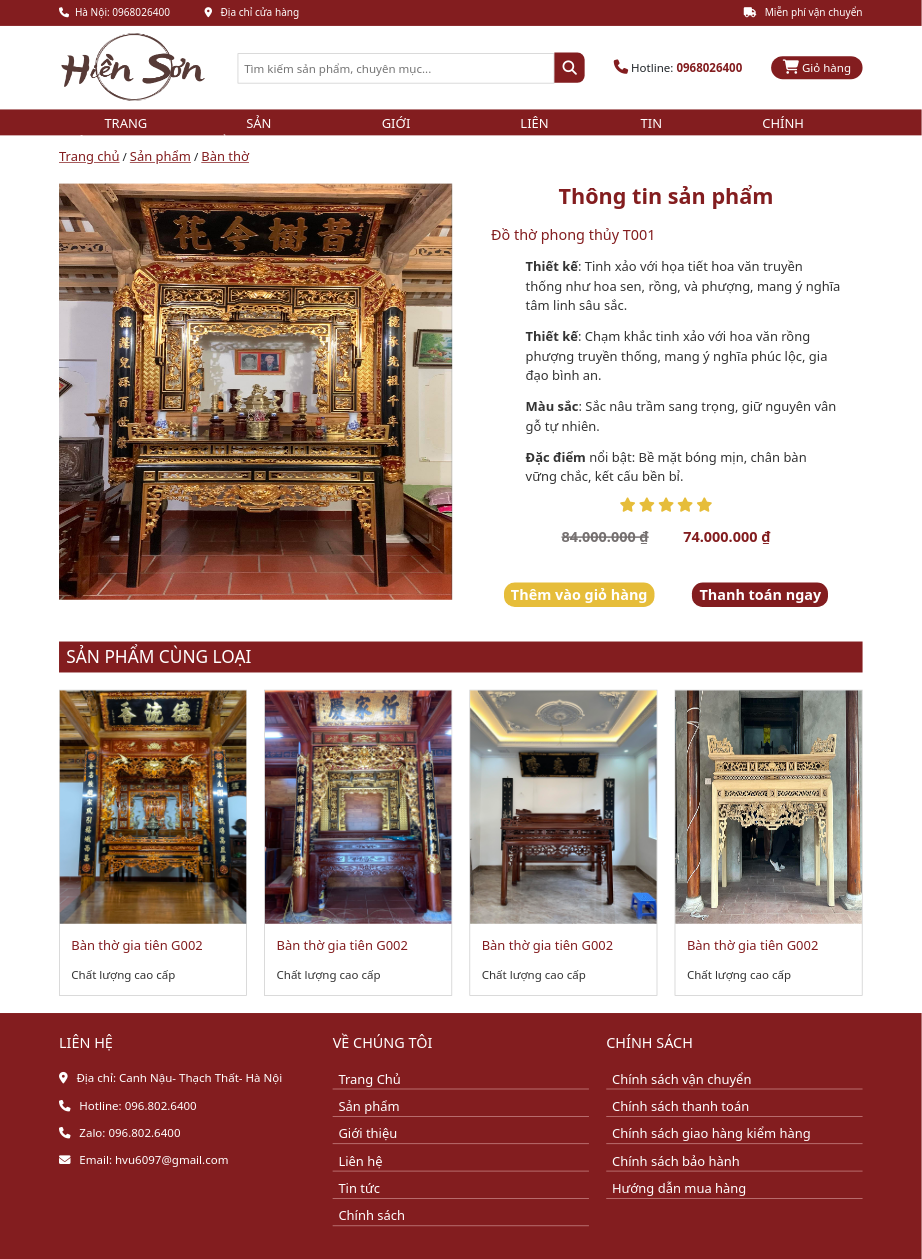
Repository: hoang28092000/do_go_hien_son
Page: product_details/do_tho-t001.html
These files come from the project's save history. The page is drawn as it stood at one moment and after the next save; the edit follows.
The browser window is 1280 px wide. The pictures show the whole page, at 72% of full size.
Some web libraries are served in a nearby version.

Above is the page before, as saved 2024-08-10 22:26:32.

### product_details/do_tho-t001.html
<!DOCTYPE html>
<html lang="en">
<head>
    <meta charset="UTF-8">
    <meta name="viewport" content="width=device-width, initial-scale=1.0">
    <link rel="stylesheet" href="../asset/style.css">
    <link rel="stylesheet" href="https://cdnjs.cloudflare.com/ajax/libs/font-awesome/6.6.0/css/all.min.css" integrity="sha512-Kc323vGBEqzTmouAECnVceyQqyqdsSiqLQISBL29aUW4U/M7pSPA/gEUZQqv1cwx4OnYxTxve5UMg5GT6L4JJg==" crossorigin="anonymous" referrerpolicy="no-referrer" />
    <link href="https://cdn.jsdelivr.net/npm/bootstrap@5.3.3/dist/css/bootstrap.min.css" rel="stylesheet" integrity="sha384-QWTKZyjpPEjISv5WaRU9OFeRpok6YctnYmDr5pNlyT2bRjXh0JMhjY6hW+ALEwIH" crossorigin="anonymous">
    <title>Đồ thờ phong thủy T001</title>
</head>
<body>
    <div id="header">
        <div class="top_header">
            <div class="container">
                <div class=" d-flex align-items-center justify-content-between pt-1">
                    <div class="d-flex">
                        <p class="mb-0 me-5"><a href="" class="txt-th">
                            <i class="fa-solid fa-phone icon-th pe-2"></i>Hà Nội: 0968026400
                        </a></p>
                        <p class="mb-0"><a href="" class="txt-th">
                            <i class="fa-solid fa-location-dot icon-th pe-2"></i>
                        Địa chỉ cửa hàng</a></p>
                    </div>
                    <p class="mb-0"><a href="" class="txt-th">
                        <i class="fa-solid fa-truck icon-th pe-2"></i>
                    Miễn phí vận chuyển</a></p>
                </div>
            </div>
        </div>
    </div>

        <div class="main_header py-2">
            <div class="container">
                <ul class="d-flex justify-content-between align-items-center ps-0 mb-0">
                    <li class="logo-hs">
                        <a href="../index.html"><img src="../asset/image/logo_1.png" class="logo-hd" alt=""></a>
                    </li>
                    <li class="search-hd">
                        <input type="text" class="input-search-hd" placeholder="Tìm kiếm sản phẩm, chuyên mục..."><i class="fa-solid fa-magnifying-glass icon-search_hd"></i>
                    </li>

                    <li class="contact-hd">
                        <i class="fa-solid fa-phone icon-hd "></i>
                        <span class="txt-hd">Hotline: <b style="color: #831d1f;">0968026400</b></span>
                    </li>

                    <li class="cart-hd">
                        <p class="mb-0 cart-list py-1 px-3">
                            <i class="fa-solid fa-cart-shopping icon-cart"></i><span class="txt-cart"> Giỏ hàng</span>
                        </p>
                    </li>
                </ul>
            </div>
        </div>

        <div class="bottom_header">
            <div class="container">
                <ul class="links d-flex justify-content-center align-items-center mb-0 ps-0">
                    <li class="link "><a href="../index.html" class="txt-link">TRANG CHỦ</a></li>
                    <li class="link"><a href="../website/product.html" class="txt-link">SẢN PHẨM</a></li>
                    <li class="link"><a href="../website/about-us.html" class="txt-link">GIỚI THIỆU</a></li>
                    <li class="link"><a href="../website/contact.html" class="txt-link">LIÊN HỆ</a></li>
                    <li class="link"><a href="../website/news.html" class="txt-link">TIN TỨC</a></li>
                    <li class="link"><a href="../website/policy.html" class="txt-link">CHÍNH SÁCH</a></li>
                 </ul>
            </div>
        </div>
    </div>
    <div class="main-product_details">
        <div class="container">
            <div class="links-product_details pt-3 pb-4">
                <a href="../index.html" class="link-pd">Trang chủ</a>
                <span class="slash"> /</span>
                <a href="../website/product.html" class="link-pd">Sản phẩm</a>
                <span class="slash"> /</span>
                <a href="../website/product.html" class="link-pd">Bàn thờ</a>
            </div>

            <div class="card-p_details">
                <div class="row">
                    <div class="col-lg-6">
                        <img src="../asset/image/anhn1.jfif" alt="" class="img-p_details w-100">
                    </div>
                    <div class="col-lg-6">
                        <div class="info-p_details">
                            <h3 class="name-p_details">
                                Thông tin sản phẩm
                            </h3>

                            <div class="desc-info-pd">
                                <p class="heading-pd">
                                    Đồ thờ phong thủy T001
                                </p>
                                <p class="txt-pd ps-5">
                                    <b>Thiết kế</b>: Tinh xảo với họa tiết hoa văn truyền thống như hoa sen, rồng, và phượng, mang ý nghĩa tâm linh sâu sắc.
                                </p>

                                <p class="txt-pd ps-5">
                                    <b>Thiết kế</b>: Chạm khắc tinh xảo với hoa văn rồng phượng truyền thống, mang ý nghĩa phúc lộc, gia đạo bình an.
                                </p>
                                <p class="txt-pd ps-5">
                                    <b>Màu sắc</b>: Sắc nâu trầm sang trọng, giữ nguyên vân gỗ tự nhiên.
                                </p>
                                <p class="txt-pd ps-5">
                                    <b>Đặc điểm</b> nổi bật: Bề mặt bóng mịn, chân bàn vững chắc, kết cấu bền bỉ.
                                </p>
                                <div class="evaluate ">
                                    <i class="fa-solid fa-star icon-star"></i>
                                    <i class="fa-solid fa-star icon-star"></i>
                                    <i class="fa-solid fa-star icon-star"></i>
                                    <i class="fa-solid fa-star icon-star"></i>
                                    <i class="fa-solid fa-star icon-star"></i>

                                </div>
                                <div class="prices-pd d-flex justify-content-center my-3">
                                    <p class="price-pd mb-0">84.000.000 ₫</p>
                                    <p class="price_sold_out mb-0 ps-5">74.000.000 ₫</p>
                                </div>
                                <div class="pay text-center mt-5" >
                                    <button class="add_cart me-5">Thêm vào giỏ hàng</button>
                                    <button class="buy">Thanh toán ngay</button>
                                </div>
                        </div>
                    </div>
                </div>
            </div>
            <h3 class="title-pd mt-5">
                SẢN PHẨM CÙNG LOẠI
            </h3>
            <div class="pd-relate my-4">
                <div class="row">
                    <div class="col-lg-3">
                        <a href="" class="a-link_pd">
                            <div class="card-pd">
                                <img src="../asset/image/anhn3.jfif" alt="this is picture" class="w-100 img-relate">
                                <p class="name-product_r mt-3 px-3">Bàn thờ gia tiên G002</p>
                                <p class="info-pd_r px-3">Chất lượng cao cấp</p>
                            </div>
                        </a>
                    </div>
                    <div class="col-lg-3">
                        <a href="" class="a-link_pd">
                            <div class="card-pd">
                                <img src="../asset/image/anhn4.jfif" alt="this is picture" class="w-100 img-relate">
                                <p class="name-product_r mt-3 px-3">Bàn thờ gia tiên G002</p>
                                <p class="info-pd_r px-3">Chất lượng cao cấp</p>
                            </div>
                        </a>
                    </div>
                    <div class="col-lg-3">
                        <a href="" class="a-link_pd">
                            <div class="card-pd">
                                <img src="../asset/image/anhn5.jfif" alt="this is picture" class="w-100 img-relate">
                                <p class="name-product_r mt-3 px-3">Bàn thờ gia tiên G002</p>
                                <p class="info-pd_r px-3">Chất lượng cao cấp</p>
                            </div>
                        </a>
                    </div>
                    <div class="col-lg-3">
                        <a href="" class="a-link_pd">
                            <div class="card-pd">
                                <img src="../asset/image/anhn7.jfif" alt="this is picture" class="w-100 img-relate">
                                <p class="name-product_r mt-3 px-3">Bàn thờ gia tiên G002</p>
                                <p class="info-pd_r px-3">Chất lượng cao cấp</p>
                            </div>
                        </a>
                    </div>
                </div>
            </div>
        </div>
    </div>


    <div id="footer" class="mt-3">
        <div class="container">
            <div class="row">
                <div class="col-lg-4">
                    <h4 class="title-ft">LIÊN HỆ</h4>
                    <ul class="list-info">
                        <li>
                            <i class="fa-solid fa-location-dot icon-ft pe-2"></i>
                            <span class="txt-ft">Địa chỉ: Canh Nậu- Thạch Thất- Hà Nội</span>
                        </li>
                        <li>
                            <i class="fa-solid fa-phone icon-ft pe-2"></i>
                            <span class="txt-ft">Hotline: 096.802.6400</span>
                        </li>
                        <li>
                            <i class="fa-solid fa-phone icon-ft pe-2"></i>
                            <span class="txt-ft">Zalo: 096.802.6400    </span>
                        </li>
                        <li>
                            <i class="fa-solid fa-envelope icon-ft pe-2"></i>
                           <span class="txt-ft">Email: hvu6097@gmail.com</span>
                        </li>
                    </ul>
                </div>
                <div class="col-lg-4">
                    <h4 class="title-ft">
                        VỀ CHÚNG TÔI
                    </h4>
                    <ul class="list-links ps-0">
                        <li class="item-link"><a href="../index.html" class="link-ft">Trang Chủ </a></li>
                        <li class="item-link"><a href="../website/product.html" class="link-ft">Sản phẩm</a></li>
                        <li class="item-link"><a href="../website/about-us.html" class="link-ft">Giới thiệu</a></li>
                        <li class="item-link"><a href="../website/contact.html" class="link-ft">Liên hệ</a></li>
                        <li class="item-link"><a href="../website/news.html" class="link-ft">Tin tức</a></li>
                        <li class="item-link"><a href="../website/policy.html" class="link-ft">Chính sách</a></li>
                    </ul>
                </div>
                <div class="col-lg-4">
                    <h4 class="title-ft">
                       CHÍNH SÁCH
                    </h4>
                    <ul class="list-links ps-0">
                        <li class="item-link"><a href="../website/policy.html" class="link-ft">Chính sách vận chuyển </a></li>
                        <li class="item-link"><a href="../website/policy.html" class="link-ft">Chính sách thanh toán</a></li>
                        <li class="item-link"><a href="../website/policy.html" class="link-ft">Chính sách giao hàng kiểm hàng</a></li>
                        <li class="item-link"><a href="../website/policy.html" class="link-ft">Chính sách bảo hành</a></li>
                        <li class="item-link"><a href="../website/policy.html" class="link-ft">Hướng dẫn mua hàng</a></li>
                    </ul>
                </div>

            </div>
        </div>
    </div>
</body>
</html>

### asset/style.css
*{
    padding: 0px;
    margin: 0px ;
    box-sizing: border-box;
    list-style: none;
}

.top_header{
    height: 36px;
    background-color: #831d1f;
}

.top_header .txt-th{
    color: #fff;
    font-size: 14px;
    text-decoration: none;
    font-weight: 500;
}

.top_header .icon-th{
    color: #fff;
}
.top_header .txt-th:hover,
.top_header .icon-th:hover{
    opacity: 0.7;
}

.main_header .logo-hd{
    height: 100px;
    width: 208px;
}
.main_header .input-search-hd{
    font-size: 16px;
    color: #333;
    padding-left: 8px;
    width: 440px;
    height: 42px;
    border: 1px solid #ccc;
    outline: none;
}
.main_header .icon-search_hd{
    font-size: 20px;
    background-color: #831d1f;
    padding: 11px;
    color: #fff;
    border-radius: 0 10px 10px 0;
}
.main_header .icon-search_hd:hover{
    opacity: 0.7;
    cursor: pointer;
}
.main_header .contact-hd .icon-hd{
    font-size: 20px;
    color: #831d1f;
}
.cart-hd .cart-list{
    background-color: #831d1f;
    border-radius: 16px;
}
.cart-hd .txt-cart{
    font-size: 16px;
    font-weight: 500;
    color: #fff;
}
.cart-hd .icon-cart{
    font-size: 20px;
    color: #fff;
}
.cart-hd .cart-list:hover{
    opacity: 0.7;
    cursor: pointer;
}

.bottom_header{
    height: 36px;
    background-color: #831d1f;
}
.bottom_header .links{
    list-style: none;
    padding-top: 6px;
}

.links .txt-link{
    text-decoration: none;
    font-size: 18px;
    font-weight: 500;
    color: #fff;
    padding: 7px 63px 5px;
}
/* .links .txt-link:first-child{
    padding-left:0 ;

}
.links .txt-link:last-child{
    padding-right:0 ;
} */
.links .txt-link:hover{
    cursor: pointer;
    background-color: #bd7071;
}


/* Main*/
#main{
    padding: 20px 0;
}

.left-main .product_portfolio .txt_portfolio{
    font-size: 18px;
    font-weight: 600;
    padding: 4px 10px 4px 0;
    text-align: center;
    background-color: #831d1f;
    color: #fff;
}

.left-main .list_portfolio .items-product{
    border-bottom: 1px solid #ccc;
    padding: 10px 0 4px;
}

.left-main .list_portfolio .items-product:hover{
    background-color: #bd7071;
    color: #fff;
    cursor: pointer;
}
.left-main .list_portfolio .items-product:hover .txt-porduct {
    color: #fff;
}

.left-main .list_portfolio .txt-porduct{
    font-size: 18px;
    color: #333;
    text-decoration: none;
    padding-left: 4px;
    font-weight: 500;
}

/* right-main */

.right-main .first_news .txt-title{
    font-size: 32px;
    font-weight: 600;
    color: #fff;
    background-color: #831d1f;
    padding-left: 10px;

}
.right-main .first_news .hr-title{
    height: 3px;
    background-color: rgb(83, 19, 19);
}
.right-main .first_news .img-rm{
    height: 700px;
}

.right-main .first_news .title-news{
    font-size: 24px;
    font-weight: 500;
    color: #333;

}
.right-main .first_news .txt-bnews{
    font-size: 22px;
    font-weight: 500;
    color: #333;
}
.right-main .first_news .txt-news{
    font-size: 18px;
    color: 16px;
    padding-left: 40px;
    font-weight: 400;
}

.right-main .first_news  .btxt-news{
    font-size: 20px;
    font-weight: 400;
    color: #333;
    padding-left: 20px;
}


/* Main product */
#main .product .img-product{
    height: 412px;
}
#main .product{
    box-shadow: 0px 0px 5px 4px #ccc;
    padding-bottom: 20px;
}
.link-product{
    text-decoration: none;

}
.product .name-product{
    font-size: 18px;
    color: #333;
    font-weight: 500;
    text-align: center;

}
.product .sold-out{
    font-size: 16px;
    color: #757070;
    text-align: center;
}
.product .price-pr{
    font-size: 18px;
    font-weight: 500;
    color: #757070;
    text-decoration: line-through;
}
.product .price-promotion{
    font-size: 18px;
    font-weight: 500;
    color: #fff;
    background-color: #831d1f;
    border-radius: 20px;
    text-align: center;
    padding: 4px 10px;
}
.product .icon_cart-product{
    font-size: 20px;
    color: #831d1f;
    margin-left: 10px;
}

#main .relate_news .title_relate{
    font-size: 24px;
    color: #fff;
    background-color: #831d1f;
    padding: 8px 0 8px 8px;
}
.relate_news .link-relate{
    text-decoration: none;
}
.relate_news .card-relate{
    padding-bottom: 20px;
    box-shadow: 0px 0px 5px 4px #ccc;
}
.card-relate .img-relate{
    height: 229px;
}
.card-relate .info_relate{
    padding: 20px 20px 0 20px;
}
.card-relate .info_relate .h-relate{
    font: size 18px;
    color: #333;
    font-weight: 500;
}
.card-relate .info_relate .desc-relate{
    font-size: 16px;
    font-weight: 400;
    color: #333;
}




/* main about-us */
.main_about-us .title-as{
    font-size: 30px;
    font-weight: 600;
    color: #831d1f;
    text-align: center;
}
.main_about-us .hr-as{
    width: 200px;
    height: 4px;
    background-color: #831d1f;
    margin: 0 auto;
}
.main_about-us .heading-txt{
    font-size: 20px;
    font-weight: 500;
    color: #333;
}

.main_about-us .desc-as{
    font-size: 18px;
    color: #333;
    line-height: 1.8;
}


/* main contact */

.main-contact .title-contact{
    font-size: 30px;
    font-weight: 600;
    color: #831d1f;
    text-align: center;
}

.main-contact .my-info{
    box-shadow: 0px 0px 5px 4px #ccc;
    padding:  20px ;
    height: 437px;
}
.main-contact .my-info .logo-info{
    width: 100px;
    height: 100px;
    border: 2px double #831d1f;

}
.main-contact .my-info .icon-contact{
    font-size: 20px;
    color: #831d1f;
}

.main-contact .my-info .your-info{
    font-size: 22px;
    font-weight: 500;
    color: #831d1f;
    text-align: center;
}
.main-contact .my-info .txt-yi{
    font-size: 18px;
    color: #333;
    font-weight: 500;
}

.main-contact .my-info .input-yi{
    width: 100%;
    outline: none;
    border: 1px solid #ccc;
    padding : 4px 0 4px 6px;
}
.main-contact .text-contact{
    font-size: 18px;
    color: #831d1f;
    font-weight: 500;
    text-align: center;
}
.main-contact .btn-submit{
    border-radius: 10px;
    background-color: #831d1f;
    color: #fff;
    padding: 6px 30px;
    font-size: 18px;
}


/* main-news*/
.main-news .title-news{
    font-size: 24px;
    font-weight: 500;
    color: #831d1f;
    border-bottom: 5px solid #831d1f;
}
.main-news .img-news{
    height: 205px;
}

.main-news .link-news{
    text-decoration: none;
}

.main-news .card-news{
    height: 373px;
    border: 1px solid #ccc;
}

.main-news .link-news .info-news{
    padding: 0 8px;
}

.main-news .link-news .heading-news{
    font-size: 18px;
    font-weight: 500;
    color: #333;
    padding-top: 16px;
    margin-bottom: 0;
}
.main-news .link-news .desc-news{
    font-size: 16px;
    font-weight: 400;
    color: #333;
    margin-top: 4px;
    margin-bottom: 0;
}
.main-news .link-news .time-up{
    font-size: 12px;
    color: #757070;
    font-style: italic;
    padding: 10px 0 20px;
    float: right ;
}

/*main policy  */
.main-policy .title-policy{
    font: 30px;
    color: #831d1f;
    font-weight: 700;
    text-align: center;
    padding-top: 40px;
}
.main-policy .hr-policy{
    width: 200px;
    height: 4px;
    background-color: #831d1f;
    margin: 0 auto;
}
.main-policy .info-policy{
    margin-bottom: 32px;
}

.main-policy .heading-policy{
    font-size: 20px;
    color: #333;
    font-weight: 500;
}

.main-policy .txt-policy{
    padding-left: 20px;
}


/* main thiết kế phòng thờ hợp phong thủy */
.main-design_news .title-ds_news{
    font-size: 30px;
    font-weight: 700;
    color: #831d1f;
    margin-top: 30px;
    text-align: center;
}
.main-design_news .desc-news{
    font-size: 20px;
    color: #333;
    font-weight: 400;
    line-height: 1.7;
}
.main-design_news .img-news{
    height: 400px;
    width: 45%;
    padding: 10px 20px;
}
.main-design_news .desc-img{
    font-size: 16px;
    color: #423e3e;
    font-style: italic;
    text-align: center;
    padding-top: 20px;
}
.main-design_news .title_desc-news{
    font-size: 24px;
    font-weight: 600;
}


/* main- san pham chi tiet */

.main-product_details .links-product_details .link-pd{
    color: #831d1f;
    font-size: 18px;
    font-weight: 400;

}
.main-product_details .img-p_details{
    height: 578px;
}
.main-product_details .info-p_details{
    padding: 0 30px;

}
.main-product_details .info-p_details .name-p_details{
    font-size: 30px;
    color: #831d1f;
    font-weight: 600;
    text-align: center;
}
.info-p_details .desc-info-pd .heading-pd{
    font-size: 20px;
    color: #831d1f;
    font-weight: 500;
    margin-top: 20px;
}
.desc-info-pd .txt-pd{
    font-size: 18px;
    color: #333;
    font-weight: 400;
}
.desc-info-pd .evaluate{
    text-align: center;
}
.desc-info-pd .icon-star{
    font-size: 20px;
    color: #e6bd3a;
    margin: 0 auto;
}
.desc-info-pd .price-pd{
    font-size: 20px;
    color: #757070;
    font-weight: 600;
    text-decoration: line-through;
}
.desc-info-pd .price_sold_out{
    font-size: 20px;
    color: #831d1f;
    font-weight: 600;
    border-radius: 15px;
}
.desc-info-pd .pay .add_cart{
    font-size: 20px;
    color: #fff;
    font-weight: 600;
    background-color: #e6bd3a;
    border: none;
    border-radius: 15px;
    padding: 2px 10px;
}
.desc-info-pd .pay .buy{
    font-size: 20px;
    color: #fff;
    font-weight: 600;
    background-color: #831d1f;
    border: none;
    border-radius: 15px;
    padding: 2px 10px;
}
 .main-product_details .title-pd{
    font-size: 24px;
    color: #fff;
    background: #831d1f;
    padding: 7px 0 7px 10px;

 }
 .main-product_details  .hr-pd{
    background-color: #831d1f;
    height: 4px;
 }
.main-product_details .a-link_pd{
    text-decoration: none;
}
 .main-product_details .card-pd{
    border: 1px solid #ccc;

 }
 .main-product_details .card-pd .img-relate{
    height: 324px
 }
 .main-product_details .a-link_pd .card-pd .name-product_r{
    font-size: 18px;
    color: #831d1f;
    font-weight: 500;
 }
 .main-product_details .a-link_pd .card-pd .info-pd_r{
    font-size: 16px;
    color: #333;
    font-weight: 400;
 }





/* footer */
#footer{
    background-color: #831d1f;
    padding: 30px 0;
}
#footer .title-ft{
    font-size: 20px;
    font-weight: 500;
    color: #fff;
    margin-bottom: 24px;
}
#footer .list-info{
    padding-left: 0;
}
#footer .txt-ft ,
.icon-ft{
    color: #fff;
    font-size: 16px;
    font-weight: 400;
    padding-bottom: 18px;
}
#footer .list-links .link-ft{
    font-size: 18px;
    color: #fff;
    font-weight: 400;
    text-decoration: none;
    padding-left: 8px;
}
#footer .list-links .item-link{
    border-bottom: 1px solid #cc8b8b;
    margin-bottom: 10px;
}
#footer .list-links .item-link:hover{
    background-color: #bd7071;
    cursor: pointer;

}

After the next save:
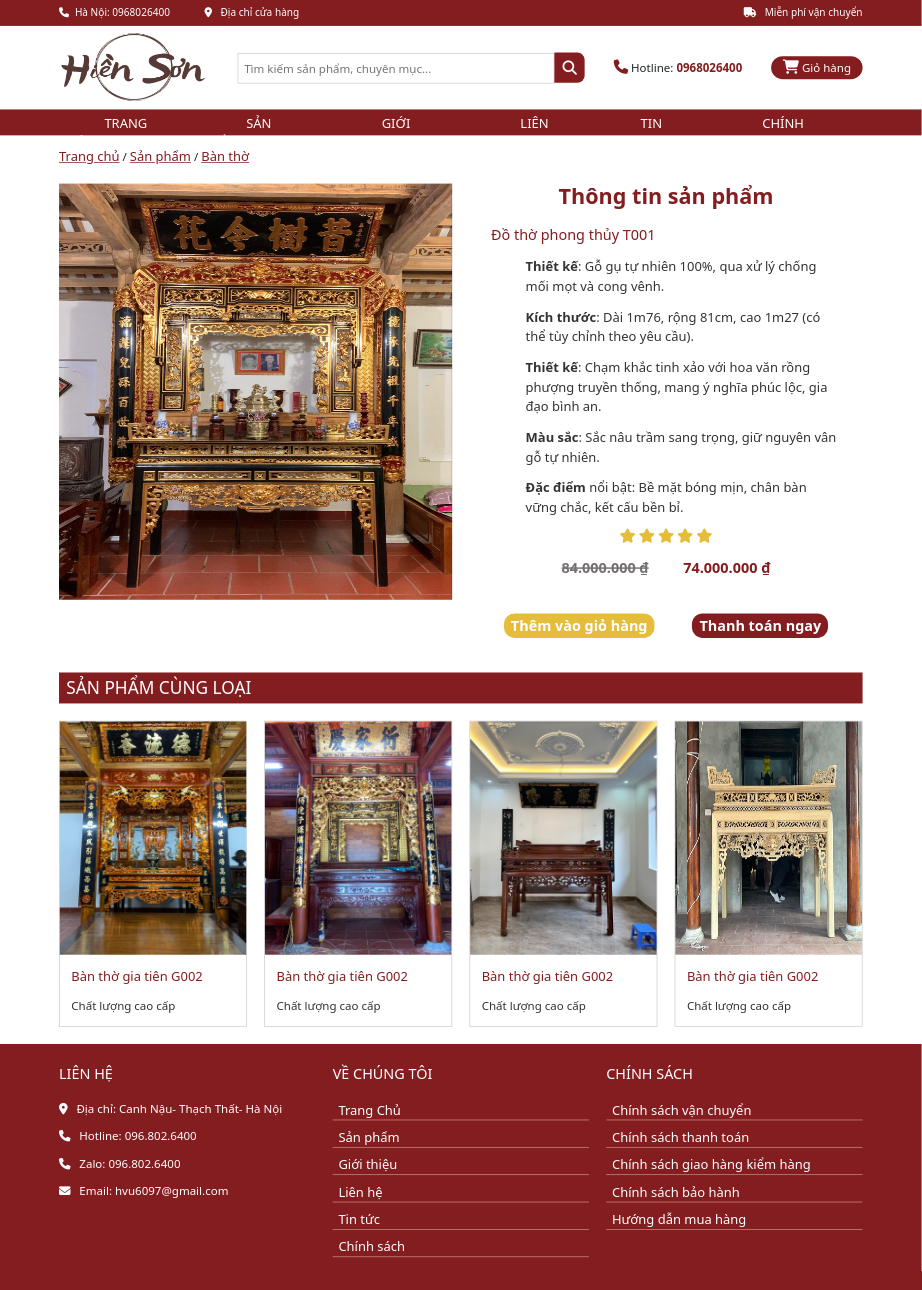
Saved 12 s later.
--- a/product_details/do_tho-t001.html
+++ b/product_details/do_tho-t001.html
@@ -92,9 +92,11 @@
                                     Đồ thờ phong thủy T001
                                 </p>
                                 <p class="txt-pd ps-5">
-                                    <b>Thiết kế</b>: Tinh xảo với họa tiết hoa văn truyền thống như hoa sen, rồng, và phượng, mang ý nghĩa tâm linh sâu sắc.
-                                </p>
-
+                                    <b>Thiết kế</b>: Gỗ gụ tự nhiên 100%, qua xử lý chống mối mọt và cong vênh.
+                                </p>
+                                <p class="txt-pd ps-5">
+                                    <b>Kích thước</b>: Dài 1m76, rộng 81cm, cao 1m27 (có thể tùy chỉnh theo yêu cầu).
+                                </p>
                                 <p class="txt-pd ps-5">
                                     <b>Thiết kế</b>: Chạm khắc tinh xảo với hoa văn rồng phượng truyền thống, mang ý nghĩa phúc lộc, gia đạo bình an.
                                 </p>
